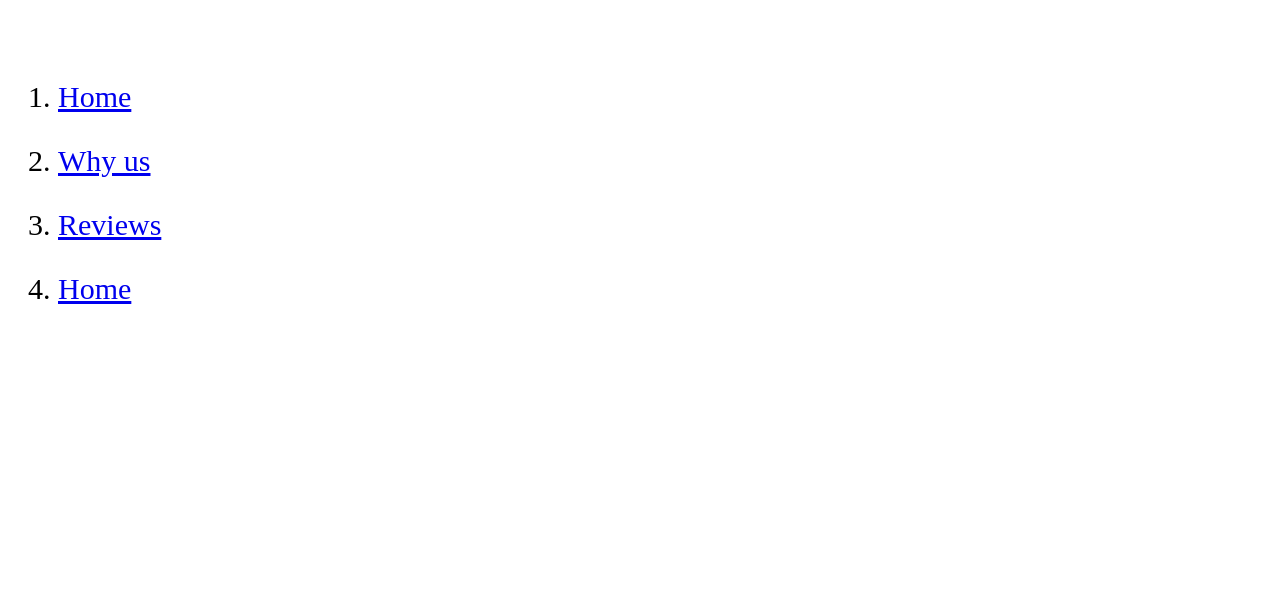
Repository: jekakoba/rd-outpatient-rehab
Page: src/pages/pages.html
The author's editor kept a copy of each file at every save. The page is drawn from the files as they stood at one save, then again after the next save.
The browser window is 1280 px wide. The pictures show the whole page.

Above is the page before, as saved 2025-07-24 19:37:33.

After the next save:
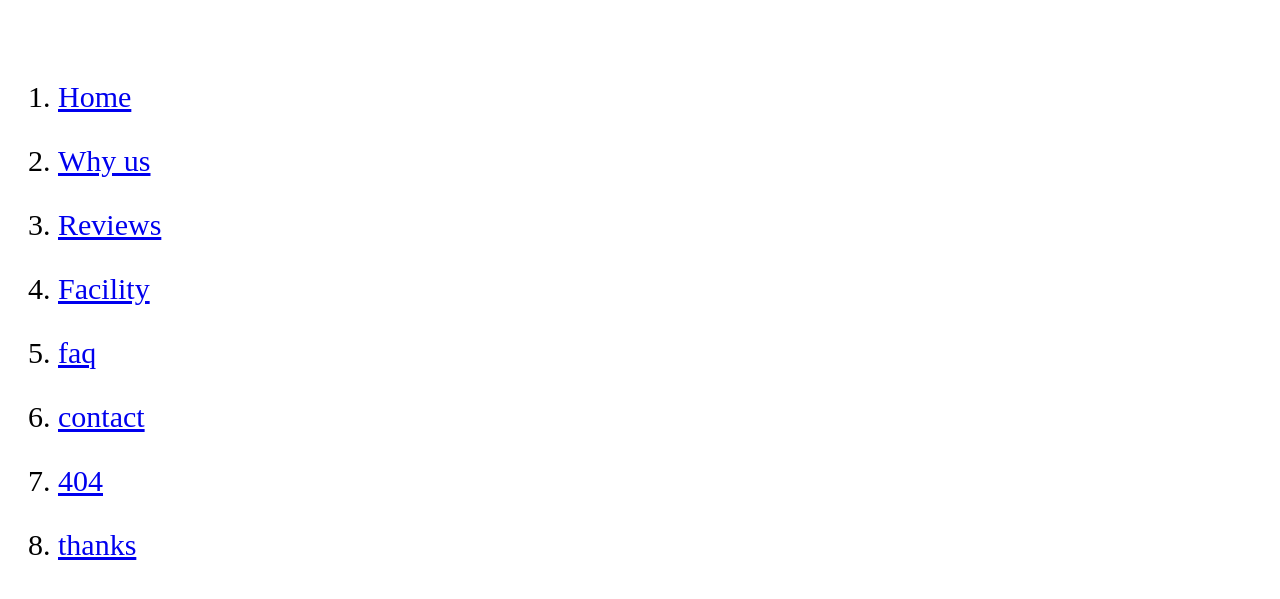
Saved 31 s later.
--- a/src/pages/pages.html
+++ b/src/pages/pages.html
@@ -11,7 +11,11 @@
 		<li><a style="text-decoration: underline;" target="_blank" href="home.html">Home</a></li>
 		<li><a style="text-decoration: underline;" target="_blank" href="why-us.html">Why us</a></li>
 		<li><a style="text-decoration: underline;" target="_blank" href="reviews.html">Reviews</a></li>
-		<li><a style="text-decoration: underline;" target="_blank" href="home.html">Home</a></li>
+		<li><a style="text-decoration: underline;" target="_blank" href="facility.html">Facility</a></li>
+		<li><a style="text-decoration: underline;" target="_blank" href="faq.html">faq</a></li>
+		<li><a style="text-decoration: underline;" target="_blank" href="contact.html">contact</a></li>
+		<li><a style="text-decoration: underline;" target="_blank" href="404.html">404</a></li>
+		<li><a style="text-decoration: underline;" target="_blank" href="thanks.html">thanks</a></li>
 	</ol>
 </body>
 
